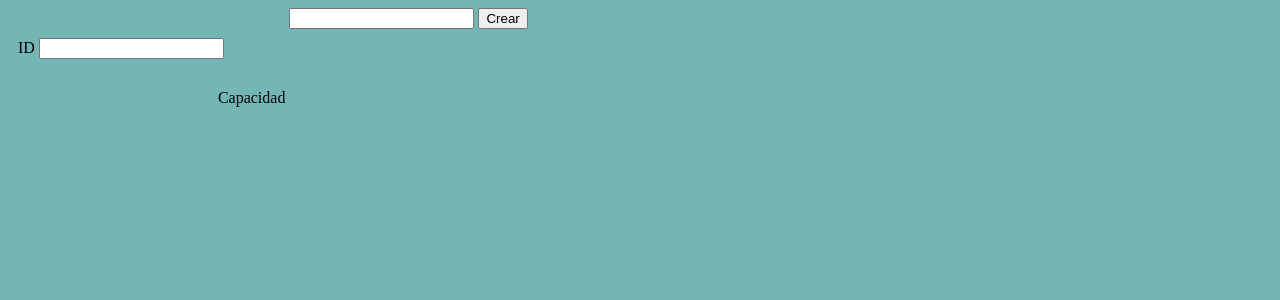
Repository: Robin-Rivadeneira/prueva_pablo
Page: index.html
These files come from the project's save history. The page is drawn as it stood at one moment and after the next save; the edit follows.
The browser window is 1280 px wide. The pictures show the whole page.

Above is the page before, as saved 2020-01-16 20:28:33.

After the next save:
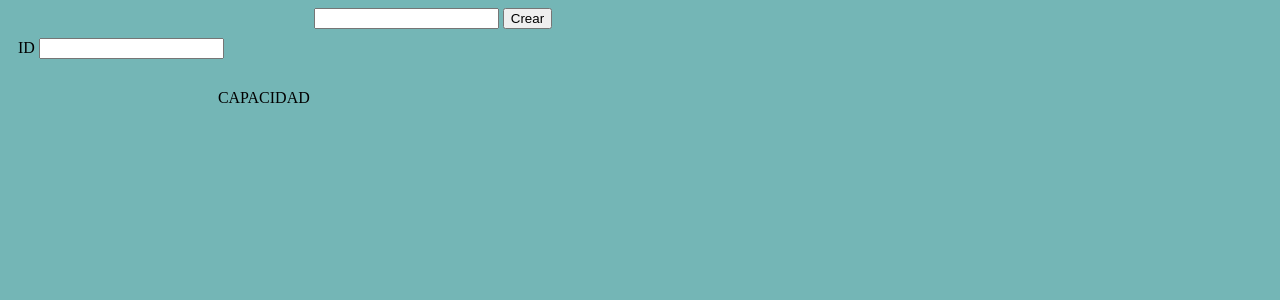
Saved 10 s later.
--- a/index.html
+++ b/index.html
@@ -11,7 +11,7 @@
     <div>
         <label class="id">ID</label>
         <input type="number" id="id">
-        <label class="capacidad">Capacidad</label>
+        <label class="capacidad">CAPACIDAD</label>
         <input type="number" id="capacidad" >
         <button type="button" class="button" onclick="moto.guardar()">Crear</button>
     </div>
